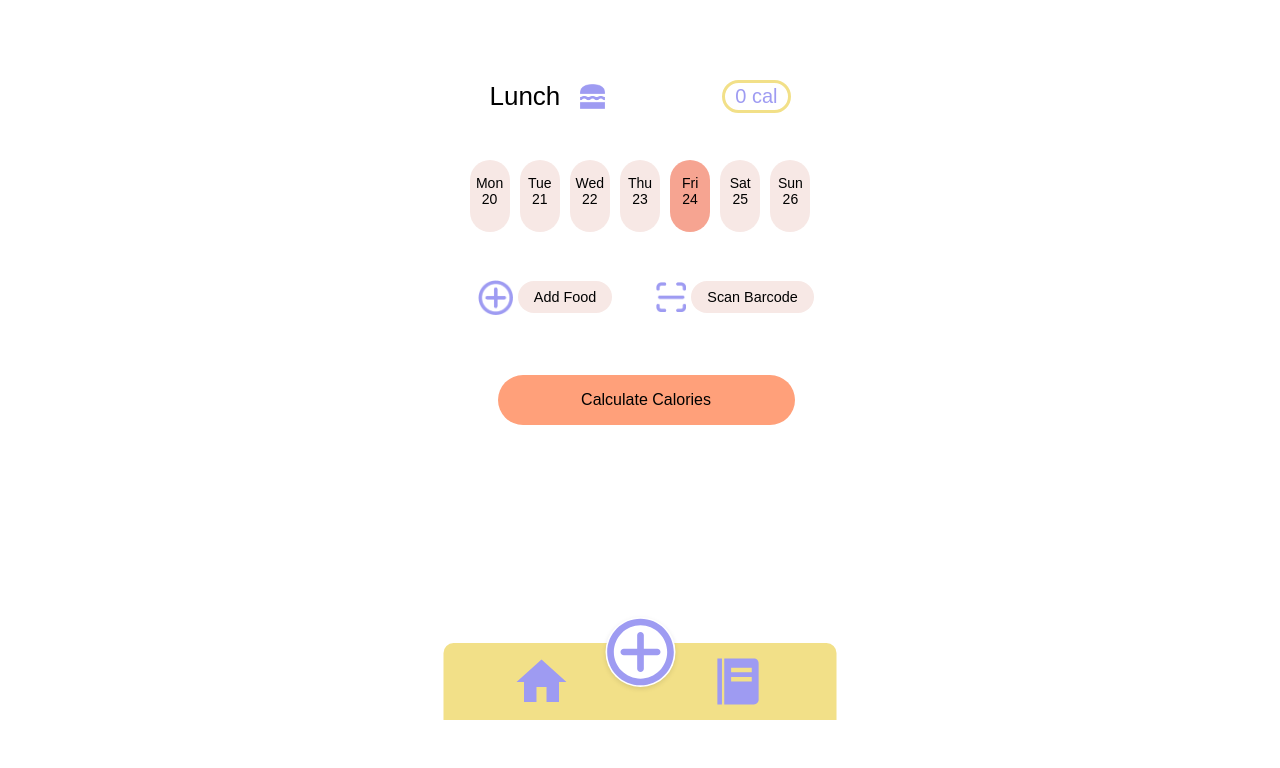
Repository: MeowCeline00/G5-Calorie-Tracker
Page: lunchAddPage/index.html
The author's editor kept a copy of each file at every save. The page is drawn from the files as they stood at one save, then again after the next save.
The browser window is 1280 px wide. The pictures show the whole page.

Above is the page before, as saved 2024-05-26 05:23:07.

### lunchAddPage/index.html
<!DOCTYPE html>
<html lang="en">
<head>
  <meta charset="UTF-8">
  <meta name="viewport" content="width=device-width, initial-scale=1.0">
  <title>Calorie Tracker</title>
  <link rel="stylesheet" href="/lunchAddPage/styles.css">
  <link rel="stylesheet" href="/styles/Home.css">
</head>
<body>
  <div class="container">
    <header class="header">
      <h1 class="title">Lunch</h1>
      <img src="/images/lunch.png" alt="Add Icon" width="25" height="25">
      <button class="calButton">0 cal</button>
    </header>
    <section class="dateSelector">
      <button class="dateNav" id="prevDate"></button>
      <div class="dates" id="dateList"></div>
      <button class="dateNav" id="nextDate"></button>
    </section>
    <main>
      <div class="actions">
        <div class="actions">
          <img src="/images/add.png" alt="Add Icon" width="35" height="35">
          <button class="action-btn" id="showFormButton">Add Food</button>
        </div>
        <div class="actions">
          <img src="/images/scan.png" alt="Scan Icon" width="30" height="30">
          <button class="action-btn">Scan Barcode</button>
        </div>
      </div>
      <div class="food-list"></div>
      <button class="calculate-btn" onclick="navigateTo('home')">
        <a class="calculate-btn-link">Calculate Calories</a>
      </button>
    </main>
    <div class="popup-container" id="foodFormContainer">
      <div class="popup">
        <input type="text" id="foodName" placeholder="Food Name">
        <input type="number" id="foodAmount" placeholder="Amount (g)">
        <input type="number" id="foodCalories" placeholder="Calories">
        <button id="addFoodButton">Add</button>
        <button id="cancelButton">Cancel</button>
      </div>
    </div>
  </div>
  <div class="navContainer">
    <nav class="navbar">
      <div class="navItem" onclick="navigateTo('home')">
        <img src="/images/home_icon.svg" alt="Home" width="60" height="60" />
      </div>
      <div class="addButtonContainer">
        <div class="addnewButton" onclick="navigateTo('addNew')">
          <img src="/images/add_icon.svg" alt="Add" width="80" height="80" />
        </div>
      </div>
      <div class="navItem" onclick="navigateTo('recipes')">
        <img src="/images/recipes_icon.svg" alt="Recipes" width="55" height="55" />
      </div>
    </nav>
  </div>
  <script src="/scripts/navbar.js"></script>
  <script src="/lunchAddPage/script.js"></script>
</body>
</html>

### lunchAddPage/styles.css
.container {
  max-width: 375px;
  margin: 0 auto;
  padding: 1rem;
  min-height: 100vh;
  border-radius: 10px;
}
.header {
  margin-top: 40px;
  display: flex;
  justify-content: space-between;
  align-items: center;
  width: 100%;
}
.title {
  font-size: 26px;
  font-family: 'Saira', sans-serif;
  font-weight: 500;
  margin-left: auto;
  margin-right: 20px;
}
.header img {
  margin-right: 80px;
}
.calButton {
  margin: 0 auto;
  background-color: transparent;
  color: #9E9BF2;
  border: 3px solid #F2E088;
  padding: 0px 10px;
  text-align: center;
  min-width: 55px;
  height: 33px;
  border-radius: 40px;
  font-size: 20px;
  font-family: 'Catamaran', sans-serif;
  display: inline-block;
}
.dateSelector {
  display: flex;
  justify-content: center;
  align-items: center;
  margin: 10px 0;
}
.dateNav {
  background-color: transparent;
  border: none;
  text-align: center;
  font-size: 20px;
}
.dates {
  display: flex;
  text-align: center;
  justify-content: space-around;
  width: 100%;
}
.date {
  width: 40px;
  height: 57px;
  background-color: #F7E8E5;
  padding-top: 15px;
  margin: 20px 5px;
  margin-bottom: 38px;
  border-radius: 20px;
  text-align: center;
  cursor: pointer;
  font-size: 14px;
  font-family: 'Catamaran', sans-serif;
}
.date:hover {
  background-color: rgba(242, 126, 99, 0.7);
}
.active {
  background-color: rgba(242, 126, 99, 0.7);
}
.currentDay {
  background-color: rgba(242, 126, 99, 0.7);
}
.delete-btn {
  background: none;
  border: none;
  font-size: 1.2rem;
  cursor: pointer;
}
.calculate-btn {
  margin-left: 45px;
  width: 297px;
  height: 50px;
  text-align: center;
  background-color: #ffa07a;
  border: none;
  border-radius: 36px;
  padding: 0.7rem;
  font-size: 1rem;
  cursor: pointer;
}
.calculate-btn-link {
  text-decoration: none;
  color: black;
}
.actions {
  display: flex;
  justify-content: space-between;
  margin-bottom: 1rem;
  display: flex;
  width: 100%;
  justify-content: center;
  align-items: center;
  gap: 5px;
  margin-bottom: 30px;
}
.action-btn {
  background-color: #F7E8E5;
  border: none;
  padding: 0.5rem 1rem;
  font-size: 0.9rem;
  font-family: 'Catamaran', sans-serif;
  border: none;
  border-radius: 18px;
  cursor: pointer;
}
.action-btn:hover {
  background-color: rgba(242, 126, 99, 0.7);
}
.buttons {
  display: flex;
  width: 100%;
  justify-content: center;
  align-items: center;
  gap: 5px;
  margin-bottom: 30px;
}
.bottomContainer {
  margin-top: 30px;
  width: 100%;
}
.bottomContainer button {
  font-family: 'Catamaran';
  font-size: large;
  background-color: var(--light_orange_opacity);
  border: none;
  padding: 7px 60px;
  border-radius: 25px;
  cursor: pointer;
}
.bottomContainer button:hover {
  background-color: var(--light_orange);
}
.popup-container {
  display: none;
  position: fixed;
  top: 0;
  left: 0;
  width: 100%;
  height: 100%;
  justify-content: center;
  align-items: center;
  background-color: rgba(0, 0, 0, 0.5);
  z-index: 9999;
}
.popup {
  background-color: #F7E8E5;
  width: 300px;
  padding: 20px;
  border-radius: 10px;
  box-shadow: 0 2px 5px rgba(0, 0, 0, 0.2);
}
.popup input[type="text"],
.popup input[type="number"] {
  width: calc(100% - 40px);
  padding: 10px;
  margin-bottom: 10px;
  border: 1px solid #F7E8E5;
  border-radius: 5px;
  margin-left: 10px;
}
.popup button {
  padding: 10px 20px;
  margin-right: 10px;
  border: none;
  border-radius: 5px;
  cursor: pointer;
}
#addFoodButton {
  background-color: #ffa07a;
  color: #000;
  margin-left: 70px;
}
#cancelButton {
  background-color: #F2E088;
  color: #000;
}
#addFoodButton:hover {
  background-color: rgb(255, 160, 122, 0.6);
}
#cancelButton:hover {
  background-color: rgb(242, 224, 136, 0.6);
}
.inputContainer {
  width: 330px;
  display: flex;
  gap: 10px;
  margin: 0 auto;
  justify-content: flex-start;
  align-items: center;
  background: #F7E8E5;
  border-radius: 20px;
  margin-bottom: 15px;
  position: relative;
  padding-left: 20px;
  padding-right: 10px;

}

.inputBox {
  flex-grow: 1;
}
.inputBox input {
  border: 1px solid #F7E8E5;
  margin-top: 5px;
  font-size: medium;
  background-color: #F7E8E5;
}
.inputBox p {
  text-align: left;
  color: #9E9BF2;
  font-size: small;
  margin-top: 5px;
}
.calories {
  display: flex;
  justify-content: center;
  color: #9E9BF2;
  align-items: center;
  margin-right: 60px;

  gap: 5px;
}
.number {
  font-size: 20px;
}
.trash {
  cursor: pointer;
  position: absolute;
  right: 20px;
}

### styles/Home.css
#root {
    width: 393px;
    height: 852px;
    background-color: #fff;
    border-radius: 10px;
    overflow: hidden;
    position: relative;
}

.mainContent {
    width: 100%;
    height: 100%;
    display: flex;
    flex-direction: column;
    justify-content: flex-start;
    position: relative;
}

.topBar {
    padding: 15px 20px;
    background-color: #fff;
    display: flex;
    justify-content: space-between;
    align-items: center;
    z-index: 1;
}

.greeting {
    display: flex;
    flex-direction: column;
    text-align: left;
}

.greeting h2 {
    margin: 0;
    font-size: 1.5rem;
    color: #000;
}

.greeting p {
    margin: 0;
    font-size: 1rem;
    color: #666;
}

.profileIcon {
    display: flex;
    align-items: center;
    justify-content: center;
    cursor: pointer;
}

.dateChange {
    display: flex;
    justify-content: center;
    align-items: center;
    padding: 10px 0;
    background-color: #fff;
}

.meal_container {
    flex: 1;
    width: 100%;
    padding: 20px;
    box-sizing: border-box;
    overflow-y: auto;
    position: relative;
    z-index: 0;
}

.meals {
    width: 100%;
    padding: 10px 0;
    box-sizing: border-box;
}

.mealItem {
    display: flex;
    flex-direction: column;
    justify-content: space-between;
    align-items: flex-start;
    padding: 15px;
    margin: 10px 0;
    border-radius: 12px;
    background-color: var(--light_pink);
    width: 100%;
    height: auto;
    box-shadow: 0 2px 5px rgba(0, 0, 0, 0.1);
}

.mealHeading {
    font-weight: bold;
    margin-bottom: 10px;
    font-size: 1.2rem;
}

.mealDetails {
    display: flex;
    align-items: center;
    width: 100%;
    justify-content: space-between;
}

.mealDetails p {
    margin-left: 10px;
    color: #9E9BF2;
}

.calorieContainer {
    display: flex;
    align-items: center;
    justify-content: space-between;
    background-color: white;
    border: 4px solid #F2E088;
    border-radius: 30px;
    padding: 5px 10px;
}

.addButton {
    background: none;
    border: none;
    cursor: pointer;
    margin-left: 10px;
}

.navContainer {
    width: 100%;
    max-width: 393px;
    height: 77px;
    display: flex;
    position: fixed;
    bottom: 0;
    left: 50%;
    transform: translateX(-50%);
    background-color: #F2E088;
    border-radius: 10px 10px 0 0;
    justify-content: space-between;
    align-items: center;
    box-sizing: border-box;
    z-index: 1000;
}

.navbar {
    width: 100%;
    display: flex;
    justify-content: space-between;
    align-items: center;
    position: relative;
}

.navItem {
    display: flex;
    cursor: pointer;
    flex: 1;
    justify-content: center;
}

.addButtonContainer {
    display: flex;
    justify-content: center;
    align-items: center;
    width: 70px;
    height: 70px;
    background-color: #ffffff;
    border-radius: 50%;
    position: absolute;
    top: -35px;
    left: 50%;
    transform: translateX(-50%);
    cursor: pointer;
    box-shadow: 0 2px 5px rgba(0, 0, 0, 0.1);
}

.addnewButton {
    display: flex;
    justify-content: center;
    align-items: center;
    border-radius: 50%;
}

### scripts/navbar.js
function renderNavbar() {
    return `
      <div class="navContainer">
        <nav class="navbar">
          <div class="navItem" onclick="navigateTo('home')">
            <img src="./images/home_icon.svg" alt="Home" width="60" height="60" />
          </div>
          <div class="addButtonContainer">
            <div class="addnewButton" onclick="navigateTo('addNew')">
              <img src="./images/add_icon.svg" alt="Add" width="80" height="80" />
            </div>
          </div>
          <div class="navItem" onclick="navigateTo('recipes')">
            <img src="./images/recipes_icon.svg" alt="Recipes" width="55" height="55" />
          </div>
        </nav>
      </div>
    `;
}

### lunchAddPage/script.js
document.addEventListener('DOMContentLoaded', function() {
  const showFormButton = document.getElementById('showFormButton');
  const foodFormContainer = document.getElementById('foodFormContainer');
  const addFoodButton = document.getElementById('addFoodButton');
  const cancelButton = document.getElementById('cancelButton');
  const foodList = document.querySelector('.food-list');
  const calButton = document.querySelector('.calButton');
  const dateList = document.getElementById('dateList');

  let totalCalories = 0;

  const getDayOfWeek = (date) => {
    const dayIndex = date.getDay();
    return dayIndex === 0 ? 6 : dayIndex - 1;
  };

  const currentDate = new Date();
  currentDate.setDate(24);
  currentDate.setMonth(4);

  const generateDays = () => {
    const days = [];
    const currentDayOfWeek = getDayOfWeek(currentDate);

    for (let i = 0; i < 7; i++) {
      const date = new Date(currentDate);
      date.setDate(date.getDate() - currentDayOfWeek + i);
      days.push({
        day: date.toLocaleDateString('en-US', { weekday: 'short' }),
        date: date.getDate(),
        isToday: date.getDate() === currentDate.getDate(),
      });
    }

    return days;
  };

  const renderDates = () => {
    dateList.innerHTML = '';
    const days = generateDays();
    let activeIndex = currentDate.getDate() - 1;

    days.forEach((day, index) => {
      const dateElement = document.createElement('span');
      dateElement.className = `date ${index === activeIndex ? 'active' : ''} ${day.isToday ? 'currentDay' : ''}`;
      dateElement.innerHTML = `${day.day}<br />${day.date}`;
      dateElement.onclick = () => setActiveIndex(index);
      dateList.appendChild(dateElement);
    });
  };

  const setActiveIndex = (index) => {
    renderDates();
  };

  const showForm = () => {
    foodFormContainer.style.display = 'flex';
  };

  const hideForm = () => {
    foodFormContainer.style.display = 'none';
    clearForm();
  };

  const addList = (foodName, foodAmount, foodCalories) => {
    const newList = `
      <div class="inputContainer">
        <div class="inputBox">
          <input type="text" value="${foodName}" readonly>
          <p>${foodAmount}g</p>
        </div>
        <div class="calories">
          <p class="number">${foodCalories}</p>
          <p class="cal">Cal</p>
        </div>
        <img class="trash" src="/images/trash.png" alt="trashcan" width="30" height="30" />
      </div>
    `;
    foodList.insertAdjacentHTML('beforeend', newList);
    totalCalories += parseInt(foodCalories);
    updateCalButton();
  };

  const deleteItem = (e) => {
    if (e.target.classList.contains('trash')) {
      const itemCalories = parseInt(e.target.closest('.inputContainer').querySelector('.number').textContent);
      totalCalories -= itemCalories;
      e.target.closest('.inputContainer').remove();
      updateCalButton();
    }
  };

  const updateCalButton = () => {
    const totalCaloriesFromMeals = Array.from(document.querySelectorAll('.number'))
        .map(item => parseInt(item.textContent))
        .reduce((acc, curr) => acc + curr, 0);
    calButton.textContent = `${totalCaloriesFromMeals} cal`;
};

  const clearForm = () => {
    document.getElementById('foodName').value = '';
    document.getElementById('foodAmount').value = '';
    document.getElementById('foodCalories').value = '';
  };

  showFormButton.addEventListener('click', showForm);
  cancelButton.addEventListener('click', hideForm);

  addFoodButton.addEventListener('click', () => {
    const foodName = document.getElementById('foodName').value;
    const foodAmount = document.getElementById('foodAmount').value;
    const foodCalories = document.getElementById('foodCalories').value;

    if (foodName && foodAmount && foodCalories) {
      addList(foodName, foodAmount, foodCalories);
      clearForm();
      hideForm();
    }
  });

  foodList.addEventListener('click', deleteItem);

  renderDates();
  renderNavbar();
});

After the next save:
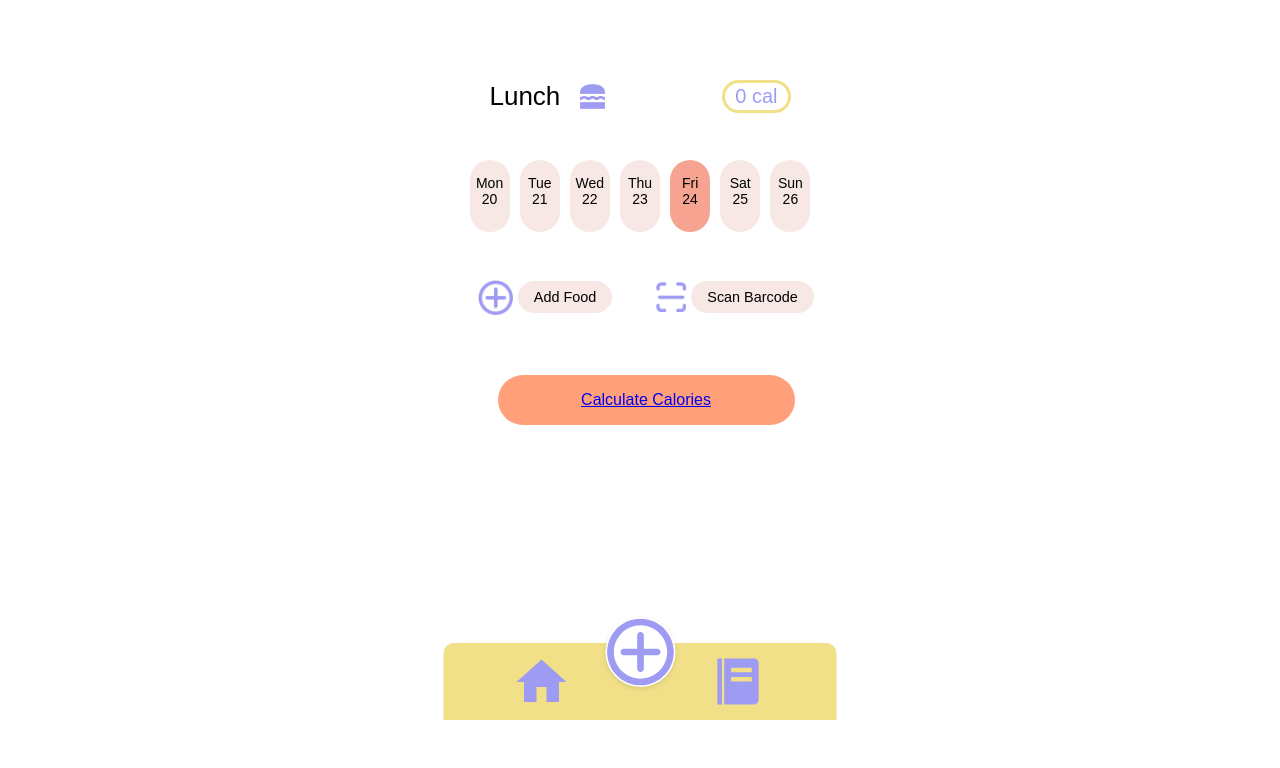
Saved 44 s later.
--- a/lunchAddPage/index.html
+++ b/lunchAddPage/index.html
@@ -32,7 +32,7 @@
       </div>
       <div class="food-list"></div>
       <button class="calculate-btn" onclick="navigateTo('home')">
-        <a class="calculate-btn-link">Calculate Calories</a>
+        <a href="calculate-btn-link">Calculate Calories</a>
       </button>
     </main>
     <div class="popup-container" id="foodFormContainer">

After the 3 saves that followed:
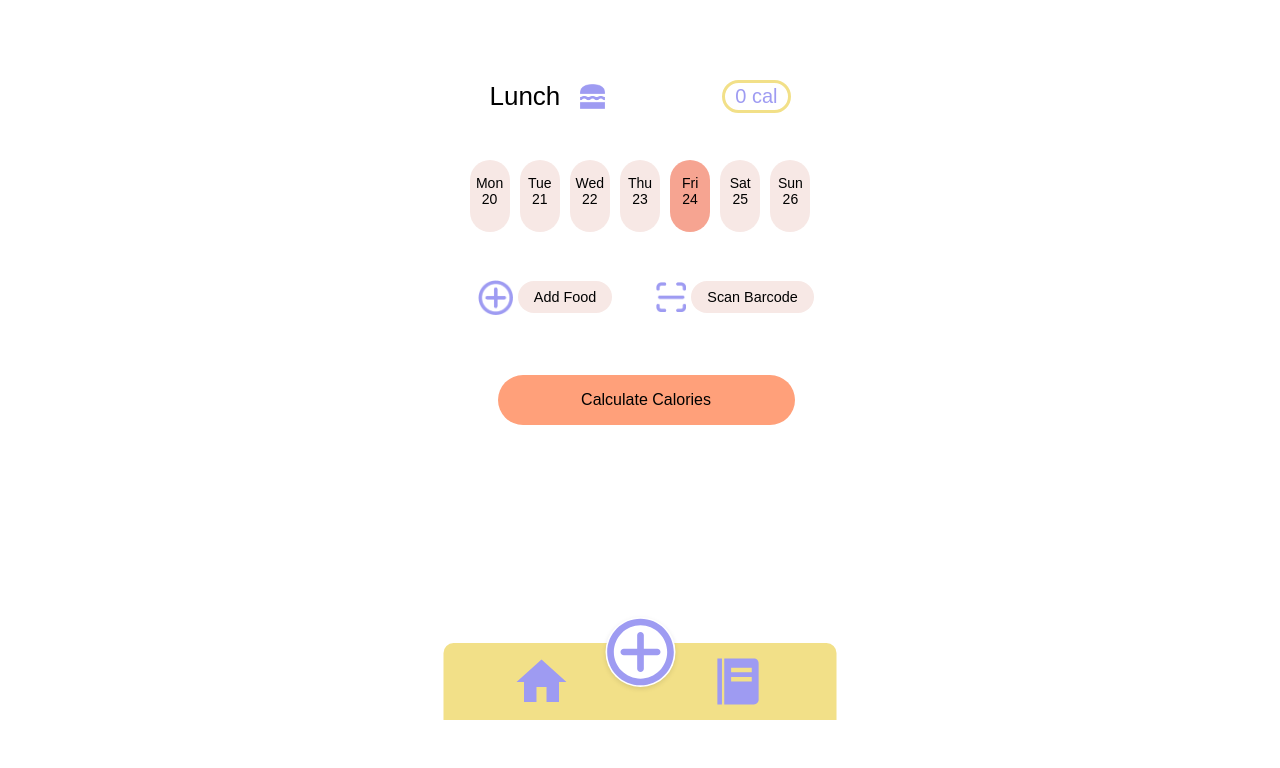
The 3 saves are shown as one change because they came seconds apart.
The last was saved 8 s later.
--- a/lunchAddPage/index.html
+++ b/lunchAddPage/index.html
@@ -32,7 +32,7 @@
       </div>
       <div class="food-list"></div>
       <button class="calculate-btn" onclick="navigateTo('home')">
-        <a href="calculate-btn-link">Calculate Calories</a>
+        <a href="" class="calculate-btn-link">Calculate Calories</a>
       </button>
     </main>
     <div class="popup-container" id="foodFormContainer">
